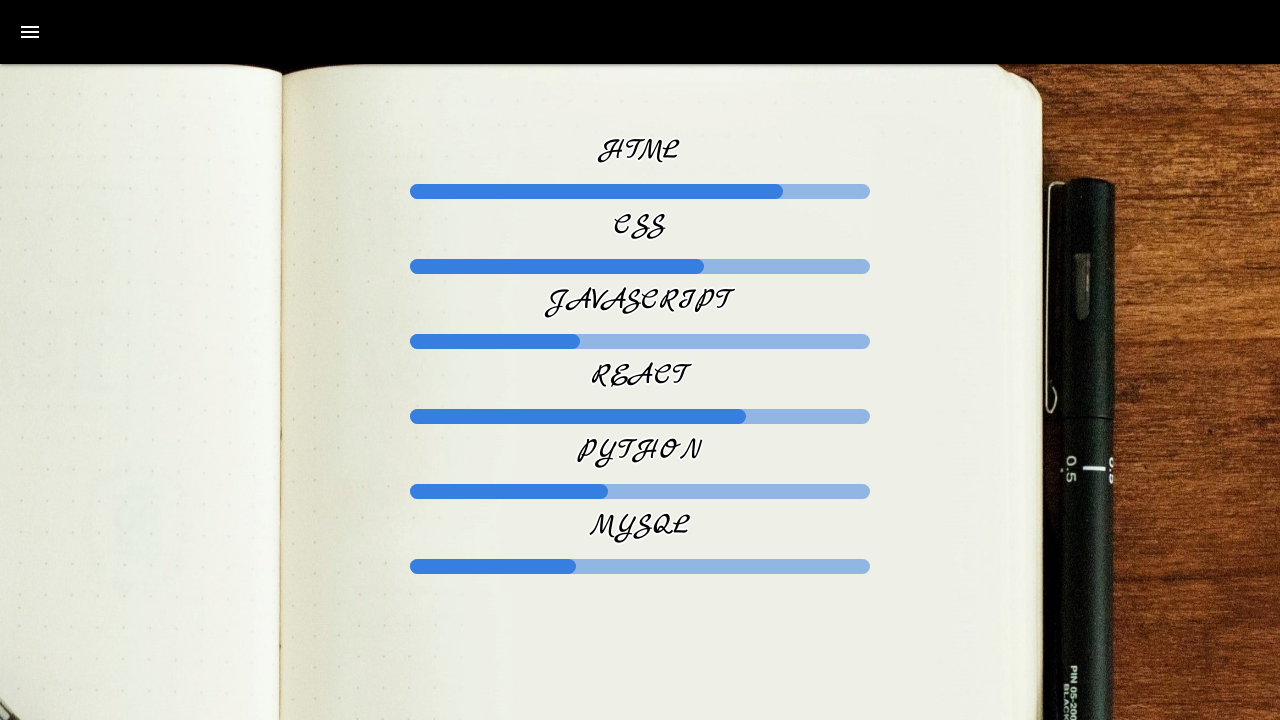
Repository: Ajtheult/portfolio.v3
Page: /skills
An editor plug-in stored every save of this project. The page is shown before and after the next save, followed by the edit.
The browser window is 1280 px wide. The pictures show the whole page.
Some web fonts or font styles are not loaded; a fallback is used. The project was rebuilt for these pictures with package versions that can differ from the ones it lists, and the page was loaded fresh each time. Also part of the build but not shown: src/components/layout/pages/Home.js, src/components/layout/pages/MyWork.js, src/components/layout/pages/Testimonials.js.

Above is the page before, as saved 2020-07-19 22:02:43.

### public/index.html
<!DOCTYPE html>
<html lang="en">
  <head>
    <meta charset="utf-8" />
    <link rel="icon" href="%PUBLIC_URL%/favicon.ico" />
    <meta name="viewport" content="width=device-width, initial-scale=1" />
    <meta name="theme-color" content="#000000" />
    <meta
      name="description"
      content="Web site created using create-react-app"
    />

    <link rel="manifest" href="%PUBLIC_URL%/manifest.json" />
    <link
      href="https://fonts.googleapis.com/css2?family=Marck+Script&display=swap"
      rel="stylesheet"
    />
    <link
      href="https://fonts.googleapis.com/css2?family=Gruppo&display=swap"
      rel="stylesheet"
    />
    <link rel="manifest" href="%PUBLIC_URL%/manifest.json" />

    <link
      rel="stylesheet"
      href="https://fonts.googleapis.com/icon?family=Material+Icons"
    />

    <link
      rel="stylesheet"
      href="https://use.fontawesome.com/releases/v5.7.2/css/all.css"
      integrity="sha384-fnmOCqbTlWIlj8LyTjo7mOUStjsKC4pOpQbqyi7RrhN7udi9RwhKkMHpvLbHG9Sr"
      crossorigin="anonymous"
    />
    <title>Asaph Franks portfolio</title>
  </head>
  <body>
    <noscript>You need to enable JavaScript to run this app.</noscript>
    <div id="root"></div>
  </body>
</html>

### src/index.js
import React from "react";
import ReactDOM from "react-dom";
import App from "./App";
import "materialize-css/dist/css/materialize.min.css";

ReactDOM.render(
  <React.StrictMode>
    <App />
  </React.StrictMode>,
  document.getElementById("root")
);

### src/App.js
import React from "react";

import { Home } from "./components/layout/pages/Home";
import { Skills } from "./components/layout/pages/Skills";
import { MyWork } from "./components/layout/pages/MyWork";
import { Testimonials } from "./components/layout/pages/Testimonials";
import Navbar from "./components/layout/navbar/Navbar";

import { BrowserRouter as Router, Route, Switch } from "react-router-dom";
import "./App.css";

function App() {
  return (
    <Router>
      <div className="App">
        <Navbar />

        <Switch>
          <Route exact path="/portfolio-v3" component={Home} />
          <Route path="/skills" component={Skills} />
          <Route path="/mywork" component={MyWork} />
          <Route path="/testimonials" component={Testimonials} />
        </Switch>
      </div>
    </Router>
  );
}

export default App;

### src/components/layout/pages/Skills.js
import React from "react";
import "../../../App.css";
import background4 from "../resources/background4.jpg";

export const Skills = () => {
  return (
    <div>
      <div className="bg-color">
        <img src={background4} className="bg" alt="bg" />
      </div>
      <div class="container_properties">
        <ul>
          <li className="html skills_li skills_text">HTML</li>
          <li className="css skills_li skills_text">CSS</li>
          <li className="js skills_li skills_text">JavaScript</li>
          <li className="react skills_li skills_text">React</li>
          <li className="py skills_li skills_text">Python</li>
          <li className="sql skills_li skills_text">mySQL</li>
        </ul>
      </div>
    </div>
  );
};

### src/components/layout/navbar/Navbar.js
/* eslint-disable no-unused-vars */
import React, { Component } from "react";
import M from "materialize-css/dist/js/materialize.min.js";
import me from "./me.jpg";
import music from "./music.jpg";
import "../../../App.css";
import { Link } from "react-router-dom";

export class Navbar extends Component {
  componentDidMount() {
    document.addEventListener("DOMContentLoaded", function () {
      var elems = document.querySelectorAll(".sidenav");
      var instances = M.Sidenav.init(elems, {});
    });
  }

  render() {
    return (
      <div>
        <nav>
          <div className="nav-wrapper colour">
            <a
              href="#home"
              data-target="slide-out"
              className="sidenav-trigger show-on-large"
            >
              <i className="material-icons">menu</i>
            </a>
          </div>
        </nav>

        <ul id="slide-out" className="sidenav">
          <li>
            <div className="user-view">
              <div className="background">
                <img className="background_img" src={music} alt="img" />
              </div>

              <img className="circle" src={me} alt="img of me" />

              <span className="black-text name move_me">Asaph Franks</span>

              <span className="black-text email  move_me">
                Asaphfranksboi@gmail.com
              </span>
            </div>
            {/* Change font so that the name can be better read */}
          </li>
          <Link to="/portfolio-v3">
            <br />
            <li className="colour_of_nav">Home</li>
          </Link>{" "}
          <br />
          <Link to="/skills">
            <li className="colour_of_nav">Skills</li>
          </Link>
          <br />
          <Link to="/mywork">
            <li className="colour_of_nav">Work</li>
          </Link>
          <br />
          <Link to="/testimonials">
            <li className="colour_of_nav">Testimonials</li>
          </Link>
        </ul>
      </div>
    );
  }
}

export default Navbar;

### src/App.css
.App {
  text-align: center;
}

body {
  background-color: black;
  color: white;
}
.background_img {
  width: 100%;
  height: 100%;
}

.move_me {
  text-align: left;
}

.colour {
  background-color: black;
}

img.bg {
  /* Set rules to fill background */
  min-height: 100%;
  min-width: 1024px;

  /* Set up proportionate scaling */
  width: 100%;
  height: auto;

  /* Set up positioning */
  position: fixed;
  top: 0;
  left: 0;
  z-index: -1;
}

div.admin-bg {
  /* Set up positioning */
  position: fixed;
  top: 0;
  left: 0;
  z-index: -1;
  background-color: black;
}

@media screen and (max-width: 1024px) {
  /* Specific to this particular image */
  img.bg {
    left: 50%;
    margin-left: -512px; /* 50% */
  }
}

.intro_name_top {
  font-family: "Marck Script", cursive;
  font-size: 130px;
  color: black;
  text-shadow: 2px 0 0 #fff, -2px 0 0 #fff, 0 2px 0 #fff, 0 -2px 0 #fff,
    1px 1px #fff, -1px -1px 0 #fff, 1px -1px 0 #fff, -1px 1px 0 #fff;
}
.testimonial_title {
  font-family: "Marck Script", cursive;
  color: black;
  font-size: 80px;
  text-shadow: 2px 0 0 #fff, -2px 0 0 #fff, 0 2px 0 #fff, 0 -2px 0 #fff,
    1px 1px #fff, -1px -1px 0 #fff, 1px -1px 0 #fff, -1px 1px 0 #fff;
}

.intro_name_bottom {
  font-size: 60px;
  color: #000000;
  font-weight: bold;
  text-shadow: 2px 0 0 #fff, -2px 0 0 #fff, 0 2px 0 #fff, 0 -2px 0 #fff,
    1px 1px #fff, -1px -1px 0 #fff, 1px -1px 0 #fff, -1px 1px 0 #fff;
  font-family: "Gruppo", cursive;
}

.logos {
  text-align: left;
  font-size: 30px;
}

.contact-title {
  margin-top: -5px;
  font-family: "Marck Script", cursive;
  font-size: 90px;
  color: black;
  text-shadow: 2px 0 0 #fff, -2px 0 0 #fff, 0 2px 0 #fff, 0 -2px 0 #fff,
    1px 1px #fff, -1px -1px 0 #fff, 1px -1px 0 #fff, -1px 1px 0 #fff;
}

.about-title {
  margin-top: 1px;
  font-family: "Marck Script", cursive;
  font-size: 80px;
  color: black;
  text-shadow: 2px 0 0 #fff, -2px 0 0 #fff, 0 2px 0 #fff, 0 -2px 0 #fff,
    1px 1px #fff, -1px -1px 0 #fff, 1px -1px 0 #fff, -1px 1px 0 #fff;
}

.student_bio {
  margin-top: 2%;
  font-size: 23px;
}

.big_frontend {
  font-size: 40px;
  font-family: "Gruppo", cursive;
}

.move_the_name {
  margin-top: -12px;
  font-size: 20px;
  font-weight: bold;
}

.enlarge_paragraph {
  font-size: 22px;
  font-family: "Times New Roman", Times, serif;
}

.my_info {
  font-size: 30px;
  text-align: left;
  font-family: "Gruppo", cursive;
}

.my_info_2 {
  font-size: 20px;
  text-align: left;
  line-height: 8px;
  font-family: "Times New Roman", Times, serif;
}

.my_info_3 {
  font-size: 25px;
  text-align: left;
  line-height: 8px;
  font-family: "Times New Roman", Times, serif;
}

.black_text {
  color: black;
}

.passion_heading {
  text-align: center;
  font-family: "Marck Script", cursive;
  font-size: 45px;
}

.passion_content {
  font-family: "Gruppo", cursive;
  font-weight: bold;
  line-height: 25px;
}

.margin_on_top {
  margin-top: 1px;
  font-size: 20px;
  font-family: "Marck Script", cursive;
  font-weight: bold;
}

.my_work_desc {
  font-size: 20px;
  font-family: "Times New Roman", Times, serif;
}

.my_work_title {
  font-family: "Gruppo", cursive;
  color: black;
  font-size: 30px;
  text-shadow: 2px 0 0 rgb(0, 0, 0), -2px 0 0 rgb(0, 0, 0), 0 2px 0 #fff,
    0 -2px 0 #fff, 1px 1px #fff, -1px -1px 0 #fff, 1px -1px 0 #fff,
    -1px 1px 0 #fff;
}

.link-size {
  font-size: 40px;
  margin-top: -40px;
  padding: 1%;
  text-align: left;
  margin-left: 60px;
  font-family: "Gruppo", cursive;
  color: blue;
}

.button_margin {
  margin-top: 5px;
}

.work_title {
  font-family: "Marck Script", cursive;
  color: black;
  font-size: 50px;
  text-shadow: 2px 0 0 #fff, -2px 0 0 #fff, 0 2px 0 #fff, 0 -2px 0 #fff,
    1px 1px #fff, -1px -1px 0 #fff, 1px -1px 0 #fff, -1px 1px 0 #fff;
}

.colour_of_nav {
  color: black;
  margin-top: -30px;
}

.style_for_landingpage {
  margin-left: 15.5%;
  margin-top: 6%;
  position: absolute;
  padding: 50px;
  width: 70%;
  transform: "translate(-50%, -50%)";
}

.skills_li {
  position: relative;
  list-style: none;
  margin: 50px 0;
  font-weight: 500;
  text-transform: uppercase;
}

.skills_li:before {
  content: "";
  position: absolute;
  top: calc(100% + 10px);
  left: 0;
  width: 100%;
  height: 15px;
  background-color: rgba(54, 126, 223, 0.5);
  border-radius: 1000px;
}

.skills_li:after {
  content: "";
  position: absolute;
  top: calc(100% + 10px);
  left: 0;
  width: 0;
  height: 15px;
  background-color: rgba(54, 126, 223, 1);
  border-radius: 1000px;
  animation-duration: 0.7s;
  animation-timing-function: ease;
  animation-fill-mode: forwards;
}

.html:after {
  animation-name: html;
}

@keyframes html {
  to {
    width: 81%;
  }
}

.css:after {
  animation-name: css;
}

@keyframes css {
  to {
    width: 64%;
  }
}

.js:after {
  animation-name: js;
}

@keyframes js {
  to {
    width: 37%;
  }
}

.py:after {
  animation-name: py;
}

@keyframes py {
  to {
    width: 43%;
  }
}

.sql:after {
  animation-name: sql;
}

@keyframes sql {
  to {
    width: 36%;
  }
}

.react:after {
  animation-name: react;
}

@keyframes react {
  to {
    width: 73%;
  }
}

.skills_text {
  font-family: "Marck Script", cursive;
  color: black;
  font-size: 30px;
  text-shadow: 1px 0 0 #fff, -2px 0 0 #fff, 0 2px 0 #fff, 0 -2px 0 #fff,
    1px 1px #fff, -1px -1px 0 #fff, 1px -1px 0 #fff, -1px 1px 0 #fff;
  margin-top: -20px;
}

.container_properties {
  width: 500px;
  margin: 50px auto 0;
  padding: 20px;
}

After the next save:
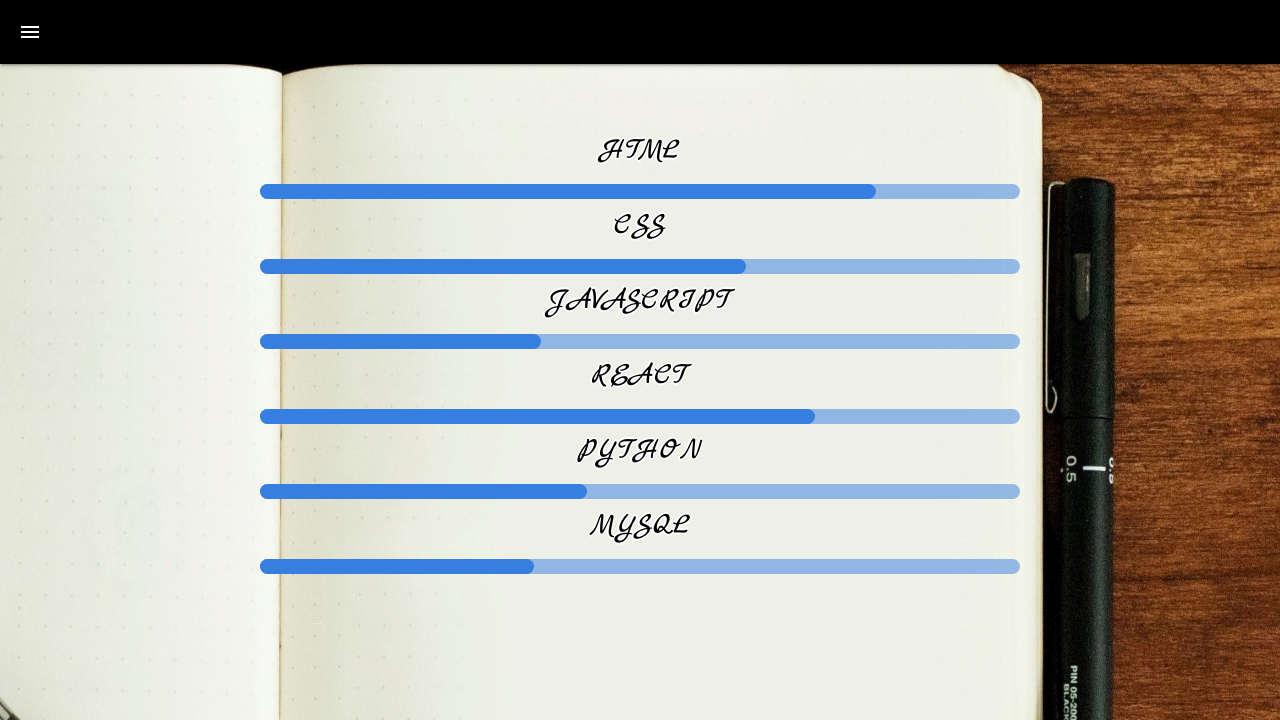
Saved 16 s later.
--- a/src/App.css
+++ b/src/App.css
@@ -316,7 +316,7 @@ div.admin-bg {
 }
 
 .container_properties {
-  width: 500px;
+  width: 800px;
   margin: 50px auto 0;
   padding: 20px;
 }
